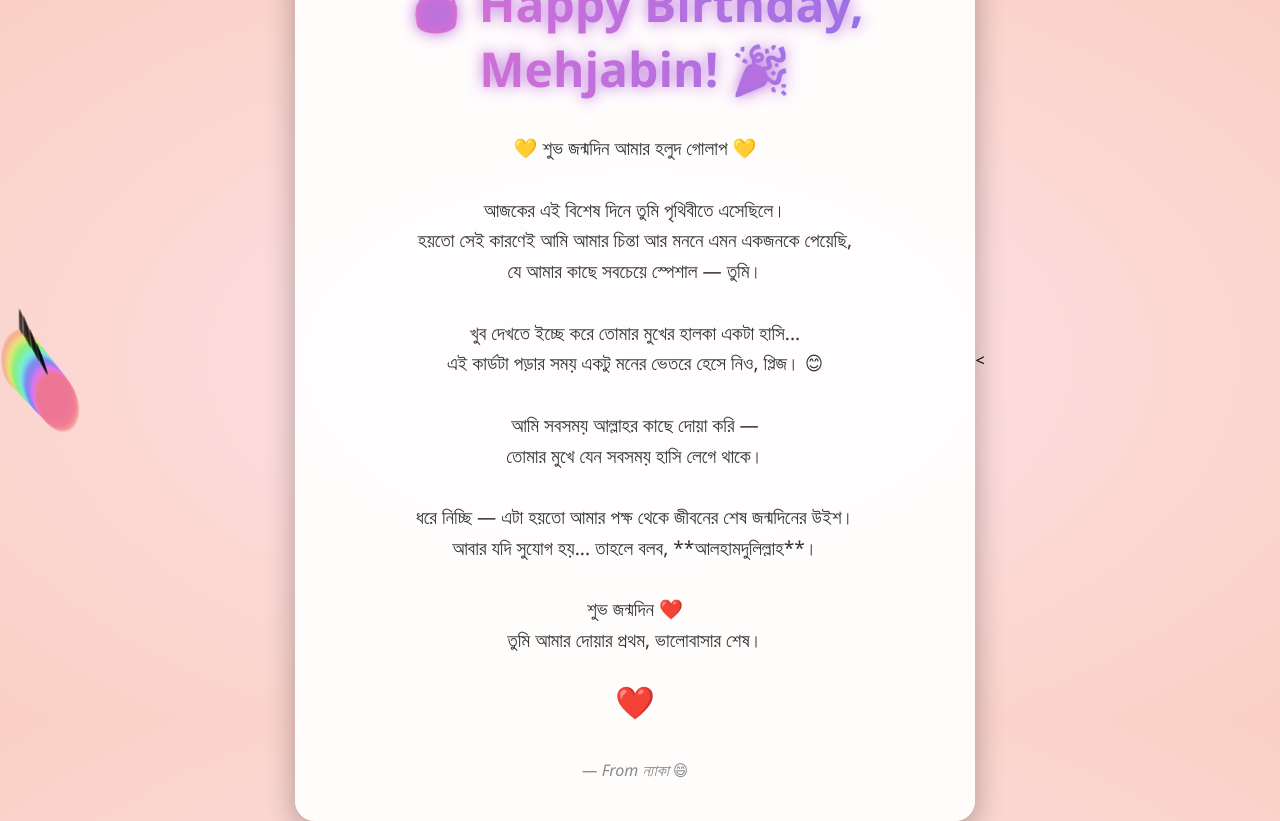
Repository: tanimtanzilislam/Card
Page: index.html
The author's editor kept a copy of each file at every save. The page is drawn from the files as they stood at one save, then again after the next save.
The browser window is 1280 px wide. The pictures show the whole page.

Above is the page before, as saved 2025-05-29 22:02:31.

After the next save:
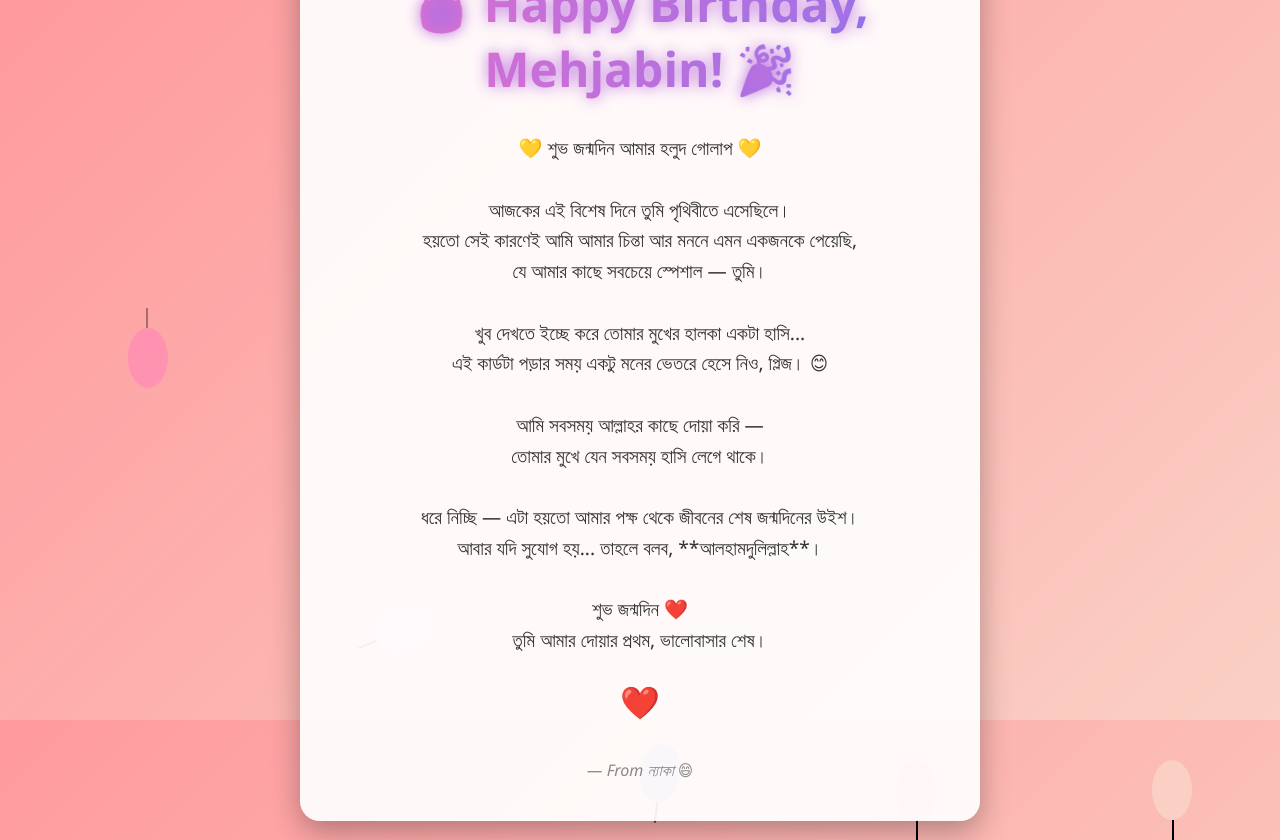
Saved 10 s later.
--- a/index.html
+++ b/index.html
@@ -7,7 +7,7 @@
     body {
       margin: 0;
       padding: 0;
-      background: radial-gradient(#ffe3ec, #fad0c4);
+      background: linear-gradient(135deg, #ff9a9e 0%, #fad0c4 100%);
       background-size: cover;
       font-family: 'Segoe UI', Tahoma, Geneva, Verdana, sans-serif;
       display: flex;
@@ -15,7 +15,6 @@
       justify-content: center;
       height: 100vh;
       overflow: hidden;
-      position: relative;
     }
 
     .card {
@@ -28,7 +27,6 @@
       z-index: 2;
       animation: popIn 1s ease-out forwards;
       transform: scale(0.5);
-      position: relative;
     }
 
     @keyframes popIn {
@@ -80,7 +78,8 @@
       bottom: -100px;
       width: 40px;
       height: 60px;
-      border-radius: 50%;
+      background-color: red;
+      border-radius: 50% 50% 50% 50%;
       animation: float 10s infinite ease-in-out;
       z-index: 1;
     }
@@ -100,54 +99,45 @@
       100% { transform: translateY(-120vh) rotate(360deg); opacity: 0; }
     }
 
-    /* Random balloon styles */
-    .balloon:nth-child(n) {
-      background-color: hsl(calc(360 * var(--i)), 80%, 70%);
-      left: calc(var(--i) * 3%);
-      animation-delay: calc(var(--i) * 0.3s);
+    .balloon:nth-child(1) {
+      left: 10%;
+      background: #ff6ec4;
+      animation-delay: 0s;
     }
 
-    /* Roses */
-    .roses {
-      position: absolute;
-      width: 100%;
-      bottom: 10px;
-      text-align: center;
-      z-index: 1;
-      animation: pulse 2s infinite alternate;
+    .balloon:nth-child(2) {
+      left: 30%;
+      background: #fbc2eb;
+      animation-delay: 2s;
     }
 
-    .roses.top {
-      top: 10px;
-      bottom: auto;
+    .balloon:nth-child(3) {
+      left: 50%;
+      background: #a18cd1;
+      animation-delay: 4s;
     }
 
-    .roses img {
-      width: 40px;
-      margin: 0 5px;
+    .balloon:nth-child(4) {
+      left: 70%;
+      background: #ff9a9e;
+      animation-delay: 6s;
     }
 
-    @keyframes pulse {
-      from { transform: scale(1); }
-      to { transform: scale(1.1); }
+    .balloon:nth-child(5) {
+      left: 90%;
+      background: #fad0c4;
+      animation-delay: 8s;
     }
   </style>
 </head>
 <body>
 
-  <!-- Balloons: Generate with inline CSS using custom --i -->
-  <!-- 35 Balloons -->
-  <script>
-    for (let i = 1; i <= 35; i++) {
-      const balloon = document.createElement('div');
-      balloon.className = 'balloon';
-      balloon.style.setProperty('--i', i / 35);
-      document.body.appendChild(balloon);
-    }
-  </script>
-
-  <!-- Roses on top -->
-
+  <!-- Balloons -->
+  <div class="balloon"></div>
+  <div class="balloon"></div>
+  <div class="balloon"></div>
+  <div class="balloon"></div>
+  <div class="balloon"></div>
 
   <!-- Music -->
   <audio autoplay loop>
@@ -180,8 +170,5 @@
     <div class="signature">— From ন্যাকা 😄</div>
   </div>
 
-  <!-- Roses on bottom -->
-  <
-
 </body>
 </html>
